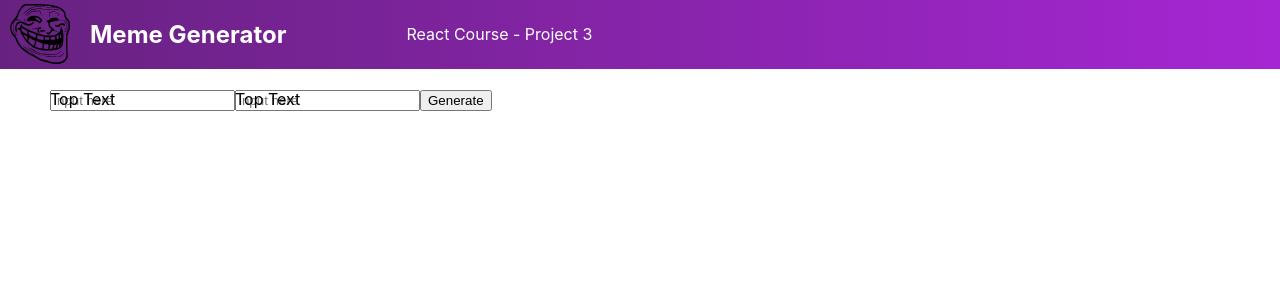
Repository: mortiestmorty1/meme-generator-react
Page: /
The author's editor kept a copy of each file at every save. The page is drawn from the files as they stood at one save, then again after the next save.
The browser window is 1280 px wide. The pictures show the whole page.
The project was rebuilt for these pictures with package versions that can differ from the ones it lists, and the page was loaded fresh each time.

Above is the page before, as saved 2024-01-17 19:17:01.

### src/index.css
body {
  margin: 0;
  font-family: -apple-system, BlinkMacSystemFont, 'Segoe UI', 'Roboto', 'Oxygen',
    'Ubuntu', 'Cantarell', 'Fira Sans', 'Droid Sans', 'Helvetica Neue',
    sans-serif;
  -webkit-font-smoothing: antialiased;
  -moz-osx-font-smoothing: grayscale;
}

code {
  font-family: source-code-pro, Menlo, Monaco, Consolas, 'Courier New',
    monospace;
}
* {
  box-sizing: border-box;
  }

### src/App.js
import logo from './logo.svg';
import './App.css';
import React from "react";
import Navbar from "./components/Navbar";
import Inputs from "./components/inputs";
function App() {
  return (
    <div className="App">
      <Navbar />
      <Inputs />
    </div>
  );
}

export default App;

### src/App.css
.nav-container {
  display: flex;
  justify-content: space-between;
  align-items: center;
  background: linear-gradient(to right, #672280,#A626D3);
  }
  .image{
    width: 60px;
    height: 60px;
    margin-left: 10px;
  }
  .navbar{
    display: flex;
    justify-content: space-around;
    align-items: center;
    margin-right: 10px;
    color: white;
  }
  .navbar h1{
    margin-right: 20px;
    margin-left: 20px;
  }
  .info{
    margin-left: 100px;
  }
  .inputs-container{
    margin-left: 50px;
    margin-top: 20px;
  }
  .top{
    position: absolute;
  }
  .bottom{
    position: absolute;
  }

### src/components/Navbar.js
import React from "react";
import Troll from "./Troll-Face.svg";
import "../App.css";
function Navbar(){
    return(
        <div className="nav-container">
            <nav className="navbar">
                <img src={Troll} className="image" alt="Troll Face" />
                <h1>Meme Generator</h1>
                <section className="info">
                    <p>React Course - Project 3</p>
                </section>
            </nav>
        </div>
    )
}

export default Navbar;

### src/components/inputs.js
import React from "react";
import "../App.css";

function Inputs(){
    return(
        <div className="inputs-container">
            <form className="inputs">
                <label className="top">Top Text</label>
                <input  className="topinput" type="text" placeholder="input here" />
                <label className="bottom">Top Text</label>
                <input className="bottominput" type="text" placeholder="input here" />
                <button>Generate</button>
            </form>
        </div>
    )
}

export default Inputs;

Loaded but not shown: public/index.html (common file); src/index.js (common file); src/reportWebVitals.js (common file)

After the next save:
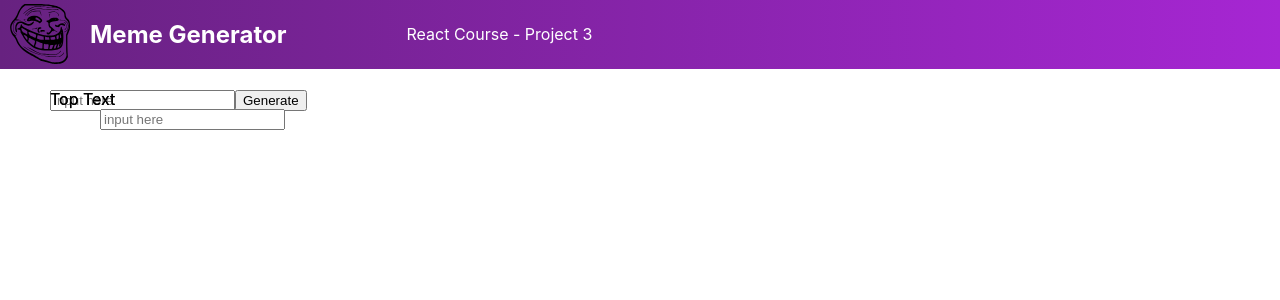
Saved 19 s later.
--- a/src/App.css
+++ b/src/App.css
@@ -33,3 +33,8 @@
   .bottom{
     position: absolute;
   }
+  .topinput{
+    position: absolute;
+    margin-top: 20px;
+    margin-left: 50px;
+  }
